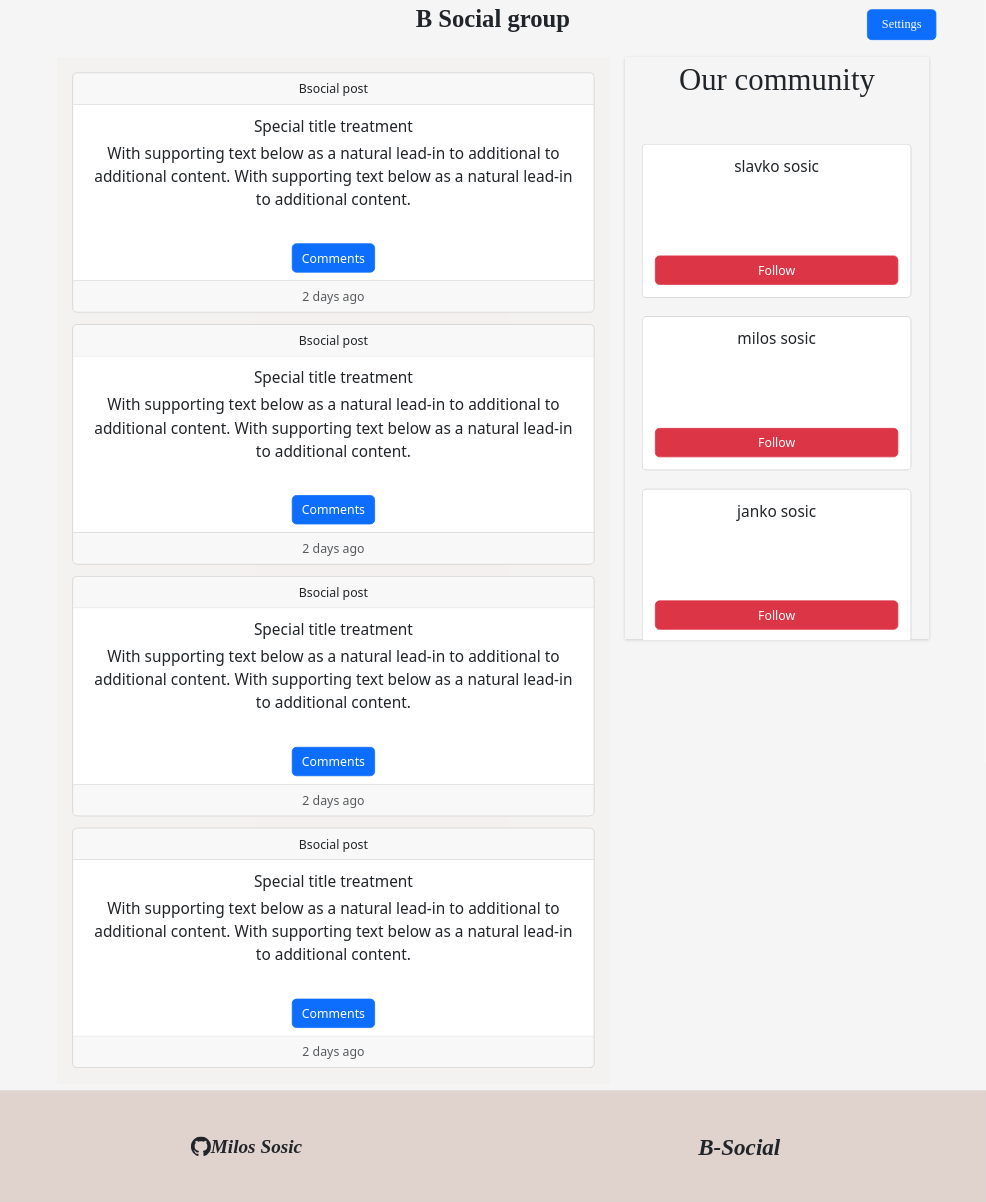
Repository: mcedo1/b-Social-app
Page: /main
These files come from the project's save history. The page is drawn as it stood at one moment and after a run of saves; the edit follows.
The browser window is 1280 px wide. The pictures show the whole page, at 77% of full size.
The project was rebuilt for these pictures with package versions that can differ from the ones it lists, and the page was loaded fresh each time. Also part of the build but not shown: src/components/log.reg.component/Login.js, src/components/log.reg.component/Registration.js, src/components/submain.component/Comment.js, src/components/about.us.component/NewFollowers.js, src/components/about.us.component/AboutUs.js.

Above is the page before, as saved 2024-02-03 15:57:49.

### src/index.js
import React from 'react';
import ReactDOM from 'react-dom/client';
import './index.css';
import App from './App';
import reportWebVitals from './reportWebVitals';
import {
  BrowserRouter as Router
} from "react-router-dom";
import 'bootstrap/dist/css/bootstrap.min.css';
import 'react-toastify/dist/ReactToastify.css';

const root = ReactDOM.createRoot(document.getElementById('root'));
root.render(
  <React.StrictMode>
    <Router>
      <App />
    </Router>
  </React.StrictMode>
);

// If you want to start measuring performance in your app, pass a function
// to log results (for example: reportWebVitals(console.log))
// or send to an analytics endpoint. Learn more: https://bit.ly/CRA-vitals
reportWebVitals();

### src/App.js
import './App.css';
import Footer from './components/footer.component/Footer';
import Login from './components/log.reg.component/Login';
import Registration from './components/log.reg.component/Registration';
import MainPage from './components/main.page.component/MainPage';
import WebSocket from 'websocket';
import { useEffect } from 'react';
import {
  Routes,
  Route,
} from "react-router-dom";
import AboutUsCommponent from './components/about.us.component/AboutUs';
import { ToastContainer } from 'react-toastify';


function App() {
//   useEffect(() => {
//     // Establish a WebSocket connection
//     const ws = new WebSocket('wss://localhost:8080');

//     // Set up event listeners
//     ws.onopen = () => {
//       console.log('WebSocket connection opened');
//     };

//     ws.onmessage = (event) => {
//       console.log('Received message:', event.data);
//       // Handle the incoming message
//     };

//     ws.onclose = () => {
//       console.log('WebSocket connection closed');
//     };

//     // Clean up the WebSocket connection when the component is unmounted
//     return () => {
//       ws.close();
//     };
//   }, []);


  return (
    <div className='App'>
      <div className="Main">
        <ToastContainer/>
        <Routes>
          <Route index path="/" element={<Login />} />
          <Route path="/reg" element={<Registration />} />
          <Route path="/main" element={<MainPage />} />
          <Route path='aboutUs' element={<AboutUsCommponent/>}/>
        </Routes>
      </div>
      <Footer/>
     </div>
  );
}

export default App;

### src/components/footer.component/Footer.js
import React from 'react'
import './Footer.css';

function Footer() {
  return (
      <div className='Footer'>
      <div className='Left'>
      <svg xmlns="http://www.w3.org/2000/svg" width="26" height="26" fill="currentColor" class="bi bi-github" viewBox="0 0 16 16">
  <path d="M8 0C3.58 0 0 3.58 0 8c0 3.54 2.29 6.53 5.47 7.59.4.07.55-.17.55-.38 0-.19-.01-.82-.01-1.49-2.01.37-2.53-.49-2.69-.94-.09-.23-.48-.94-.82-1.13-.28-.15-.68-.52-.01-.53.63-.01 1.08.58 1.23.82.72 1.21 1.87.87 2.33.66.07-.52.28-.87.51-1.07-1.78-.2-3.64-.89-3.64-3.95 0-.87.31-1.59.82-2.15-.08-.2-.36-1.02.08-2.12 0 0 .67-.21 2.2.82.64-.18 1.32-.27 2-.27s1.36.09 2 .27c1.53-1.04 2.2-.82 2.2-.82.44 1.1.16 1.92.08 2.12.51.56.82 1.27.82 2.15 0 3.07-1.87 3.75-3.65 3.95.29.25.54.73.54 1.48 0 1.07-.01 1.93-.01 2.2 0 .21.15.46.55.38A8.01 8.01 0 0 0 16 8c0-4.42-3.58-8-8-8"/>
</svg>
       <b> Milos Sosic</b>
      </div>
      <div className='Right'>
        <i>B-Social</i>
      </div>
    </div>
  )
}

export default Footer

### src/components/main.page.component/MainPage.js
import React, { useState, useEffect } from "react";
import "./MainPage.css";
import SideBar from "./sideBar";
import Submain from "../submain.component/Submain";
import { Button } from "react-bootstrap";

function MainPage() {
  const [showScrollTopButton, setShowScrollTopButton] = useState(false);

  useEffect(() => {
    const handleScroll = () => {
      const scrollY = window.scrollY;
      setShowScrollTopButton(scrollY > window.innerHeight);
    };

    window.addEventListener("scroll", handleScroll);

    return () => {
      window.removeEventListener("scroll", handleScroll);
    };
  }, []);

  const handleScrollTop = () => {
    // Scrollajte na vrh stranice
    window.scrollTo({ top: 0, behavior: "smooth" });
  };

  return (
    <div className="MainPage">
      <SideBar />
      <Submain />
      {showScrollTopButton && (
        <Button
          onClick={handleScrollTop}
          style={{ position: "fixed", bottom: "20px", right: "5px" }}
          className="btn btn-dark"
        >
          On top
        </Button>
      )}
    </div>
  );
}

export default MainPage;

### src/components/footer.component/Footer.css
.Footer {
  background-color: #e0d3ce;

  height: 20vh;
  display: flex;
  flex-direction: row;
  box-shadow: rgba(0, 0, 0, 0.02) 0px 1px 3px 0px,
    rgba(27, 31, 35, 0.15) 0px 0px 0px 1px;
}
.Left {
  flex: 1;
  display: flex;
  justify-content: center;
  align-items: center;
  font-size: 25px;
  font-family: "Times New Roman", Times, serif;
  font-style: italic;
}

.Left b:hover {
  cursor: pointer;
  font-size: 27px;
}

.Right {
  flex: 1;
  display: flex;
  justify-content: center;
  align-items: center;
  font-family: "Times New Roman", Times, serif;
  font-weight: 700;
  font-size: 30px;
}

.Right i:hover {
  cursor: pointer;
  font-size: 31px;
}

### src/components/log.reg.component/Login.css
.Login {
    flex: 1;
    display: flex;
    justify-content: center;
    align-items: center;
    background-color: #f3f3ef;
    box-shadow: rgba(0, 0, 0, 0.1) 0px 4px 12px;
    margin: 20px 0;
}

p:hover {
    cursor: default;
}

### src/API/Api.js
import axios from "axios";
import ApiConfig from "../config/apiconfig";

export default function api(path, body, method) {
     const requestDATA = {
          method: method,
          baseURL: ApiConfig.API_URL,
          url: path,
          data: body,
          headers: {
               "Content-Type": "application/json",
               Authorization: getToken(),
          },
     };

     return new Promise((resolve, reject) => {
          axios(requestDATA)
               .then((res) => responseHandler(res, resolve))
               .catch(async (error) => {
                    console.log(error.response.status, error.response.data)
                    if (error.response.status === 401) {
                         const response = {
                              status: "login Error",
                              data: error.response.data.message,
                         };

                         return resolve(response);
                    }

                    const response = {
                         status: "Conflict",
                         data: error.response.data.message,
                    };
                    resolve(response);
               });
     });
}

async function responseHandler(res, resolve) {

    if (res.status < 200 || res.status >= 300) {
          const response = {
               status: "service Error",
               data: res.data,
          };

          return resolve(response);
     }
     let response;
     if (res.data.errorStatus < 0)
          response = {
               status: "login Error",
               data: res.data,
          };
     else
          response = {
               status: "ok",
               data: res.data,
          };
     return resolve(response);
}

export function getToken() {
     const token = localStorage.getItem("api_token");
     return "Berer " + token;
}

export function saveToken(token) {
     localStorage.setItem("api_token", token);
}

export function saveIdentity(identity) {
     localStorage.setItem("api_identity", identity);
}

export function getIdentity() {
     return localStorage.getItem("api_identity");
}

export function delIdentity() {
     localStorage.removeItem('api_identity')
}
export function delToken() {
     localStorage.removeItem('api_token')
}

### src/components/main.page.component/MainPage.css
.MainPage {
    flex: 1;
    display: flex;
    flex-direction: column;
}


.Naslov {
    display: flex;
    justify-items: end;
    font-size: xx-large;
    font-weight: bolder;

    font-family: 'Lucida Sans', 'Lucida Sans Regular', 'Lucida Grande', 'Lucida Sans Unicode', Geneva, Verdana, sans-serif;
}
.Setting-button {
    flex: 1;
    display: flex;
    justify-content: end;
    align-items: center;
}

### src/components/main.page.component/sideBar.js
import React, { useState } from "react";
import Offcanvas from "react-bootstrap/Offcanvas";
import Button from "react-bootstrap/Button";
import { Link } from "react-router-dom";
import { useNavigate } from "react-router-dom";
import { delIdentity, delToken } from "../../API/Api";

function SideBar() {
     const [show, setShow] = useState(false);
     const navigate = useNavigate();
     const handleClose = () => setShow(false);
     const handleShow = () => setShow(true);

     const handleLogOut = () => {
          delIdentity()
          delToken()
          navigate("/");
     };

     return (
          <>
               <div className="Naslov">
                    <div style={{ flex: "1" }}></div>
                    <div>
                         <p style={{ fontFamily: "cursive" }}>B Social group</p>
                    </div>
                    <div className="Setting-button">
                         <Button
                              style={{
                                   width: "90px",
                                   height: "40px",
                                   fontFamily: "cursive",
                              }}
                              variant="primary"
                              onClick={handleShow}>
                              Settings
                         </Button>
                    </div>
                    <hr />
               </div>

               <Offcanvas show={show} onHide={handleClose}>
                    <Offcanvas.Header closeButton>
                         <Offcanvas.Title
                              style={{
                                   fontFamily: "cursive",
                                   fontSize: "35px",
                              }}>
                              B-social routes
                         </Offcanvas.Title>
                    </Offcanvas.Header>
                    <hr />
                    <Offcanvas.Body
                         style={{
                              display: "flex",
                              flexDirection: "column",
                              justifyContent: "space-between",
                         }}>
                         <div>
                              <p>
                                   <Link
                                        to={"/main"}
                                        style={{
                                             textDecoration: "none",
                                             fontFamily: "cursive",
                                             fontSize: "23px",
                                        }}>
                                        Main Panel
                                   </Link>
                              </p>
                              <p>
                                   <Link
                                        to={"/aboutUs"}
                                        style={{
                                             textDecoration: "none",
                                             fontFamily: "cursive",
                                             fontSize: "20px",
                                        }}>
                                        About Us!
                                   </Link>
                              </p>
                         </div>
                         <Button
                              style={{
                                   alignSelf: "end",
                                   fontFamily: "cursive",
                              }}
                              variant="danger"
                              onClick={handleLogOut}>
                              Sign Out!
                         </Button>
                    </Offcanvas.Body>
               </Offcanvas>
          </>
     );
}

export default SideBar;

### src/components/submain.component/Submain.js
import React, { useState } from "react";
import "../submain.component/Submain.css";
import Post from "./Post";
import FollowerComponent from "./FollowerComponet";
function Submain() {

  const [post, setPost] = useState({
    postId: '',
    content: "Restauracija starih spomenika",
    userId: 7,
    timestamp: "2024-01-29T17:20:55.000Z",
    username: 'stefo'
  })
  const [posts, setPosts] = useState([post, post, post])

  return (
    <div className="Submain">
      <div className="Posts">
        {posts.map((p, index)=> <Post/>)}
        <Post />
      </div>
      <div className="Followers">
        <p style={{fontFamily:'cursive', fontSize:'40px', flex:'1px', display:'flex', justifyContent:'center'}}>Our community</p>
        <FollowerComponent/>
      </div>
    </div>
  );
}

export default Submain;

### src/config/apiconfig.js

const ApiConfig = {
    API_URL: 'http://localhost:3001',
}

export default ApiConfig;

### src/components/submain.component/Submain.css
.Submain {
  flex: 1;
  display: flex;
  flex-direction: row;
}

.Posts {
  flex: 3;
  margin: 10px;
  padding: 5px;
  background-color: rgba(237, 217, 217, 0.16);
}
.Followers {
  box-shadow: rgba(0, 0, 0, 0.16) 0px 1px 4px;
  margin: 10px;
  padding: 0px 5px;
  max-height: 105vh;

}

### src/components/submain.component/Post.js
import React from "react";
import MyModal from "./Modal";

function Post({postId, content, userId, timestamp, username}) {
  return (
    <div style={{ margin: "15px " }}>
      <div class="card text-center">
        <div class="card-header">Bsocial post</div>
        <div class="card-body" style={{ minHeight: "150px" }}>
          <h5 class="card-title">Special title treatment</h5>
          <p class="card-text" className="lead">
            With supporting text below as a natural lead-in to additional to
            additional content. With supporting text below as a natural lead-in
            to additional content.
          </p>
        </div>
        <MyModal />
        <div class="card-footer text-muted">2 days ago</div>
      </div>
    </div>
  );
}

export default Post;

### src/components/submain.component/FollowerComponet.js
import React from "react";
import "bootstrap/dist/css/bootstrap.min.css";

const FollowerCard = ({ firstName, lastName, userid }) => {
    return (
        <div className="col-md-4 mb-4">
            <div className="card" style={{ width: "350px", height: "200px", margin:'5px' }}>
                <div className="card-body d-flex flex-column justify-content-between">
                    <h5 className="card-title d-flex justify-content-center">{`${firstName} ${lastName}`}</h5>
                    <button className="btn btn-danger">Follow</button>
                </div>
            </div>
        </div>
    );
};

const FollowerComponent = () => {

    let lista = [
        {firstName: 'slavko', lastName:'sosic', userid:'123'},
        {firstName: 'milos', lastName:'sosic', userid:'123'},
        {firstName: 'janko', lastName:'sosic', userid:'123'},
        {firstName: 'marko', lastName:'sosic', userid:'123'},
        {firstName: 'milutin', lastName:'sosic', userid:'323'},
        {firstName: 'jovan', lastName:'sosic', userid:'323'},
        {firstName: 'david', lastName:'sosic', userid:'323'},
        {firstName: 'ratko', lastName:'sosic', userid:'323'},
        {firstName: 'slobaodan', lastName:'sosic', userid:'135'},
    ]
    return (
        <div className="container mt-5">
            <div
                className="column"
                style={{
                    overflowY: "auto",
                    maxHeight: "90vh",
                    overflowX: "hidden",
                }}>
                                {lista.map((follower, index)=> {
                return <FollowerCard firstName={follower.firstName} lastName={follower.lastName} userid={follower.userid}/>
            })}
            </div>
        </div>
    );
};
export default FollowerComponent;

### src/components/submain.component/Modal.js
import React, { useState } from "react";
import { Button, Form, Modal } from "react-bootstrap";
import "bootstrap/dist/css/bootstrap.min.css";
import Comment from "./Comment";

const MyModal = () => {
  const [showModal, setShowModal] = useState(false);

  const handleModalOpen = () => setShowModal(true);
  const handleModalClose = () => setShowModal(false);

  return (
    <div>
      <Button
        variant="primary"
        onClick={handleModalOpen}
        style={{ margin: "10px 0" }}
      >
        Comments
      </Button>

      <Modal show={showModal} onHide={handleModalClose} size="lg">
        <Modal.Header closeButton>
          <Modal.Title>Primjer modala</Modal.Title>
        </Modal.Header>
        <Modal.Body style={{ display: "flex", flexDirection: "column" }}>
          <Form>
            <div class="form-group">
              <label for="exampleFormControlTextarea1">
                Comment this post!
              </label>
              <textarea
                class="form-control"
                id="exampleFormControlTextarea1"
                rows="3"
                style={{ maxHeight: "150px" }}
              ></textarea>
            </div>

            <Button
              variant="primary"
              type="submit"
              style={{ margin: "10px 0" }}
            >
              Pošalji
            </Button>
          </Form>
          <Comment username={"Milos Sosic"} date={"23-02-2024"} />
          <Comment username={"Milos Sosic"} date={"23-02-2024"} />
          <Comment username={"Milos Sosic"} date={"23-02-2024"} />
          <Comment username={"Milos Sosic"} date={"23-02-2024"} />
        </Modal.Body>
        <Modal.Footer>
          <Button variant="secondary" onClick={handleModalClose}>
            Zatvori
          </Button>
        </Modal.Footer>
      </Modal>
    </div>
  );
};

export default MyModal;

Loaded but not shown: public/index.html (common file); src/index.css (common file); src/reportWebVitals.js (common file); src/App.css (common file)

After the next 3 saves:
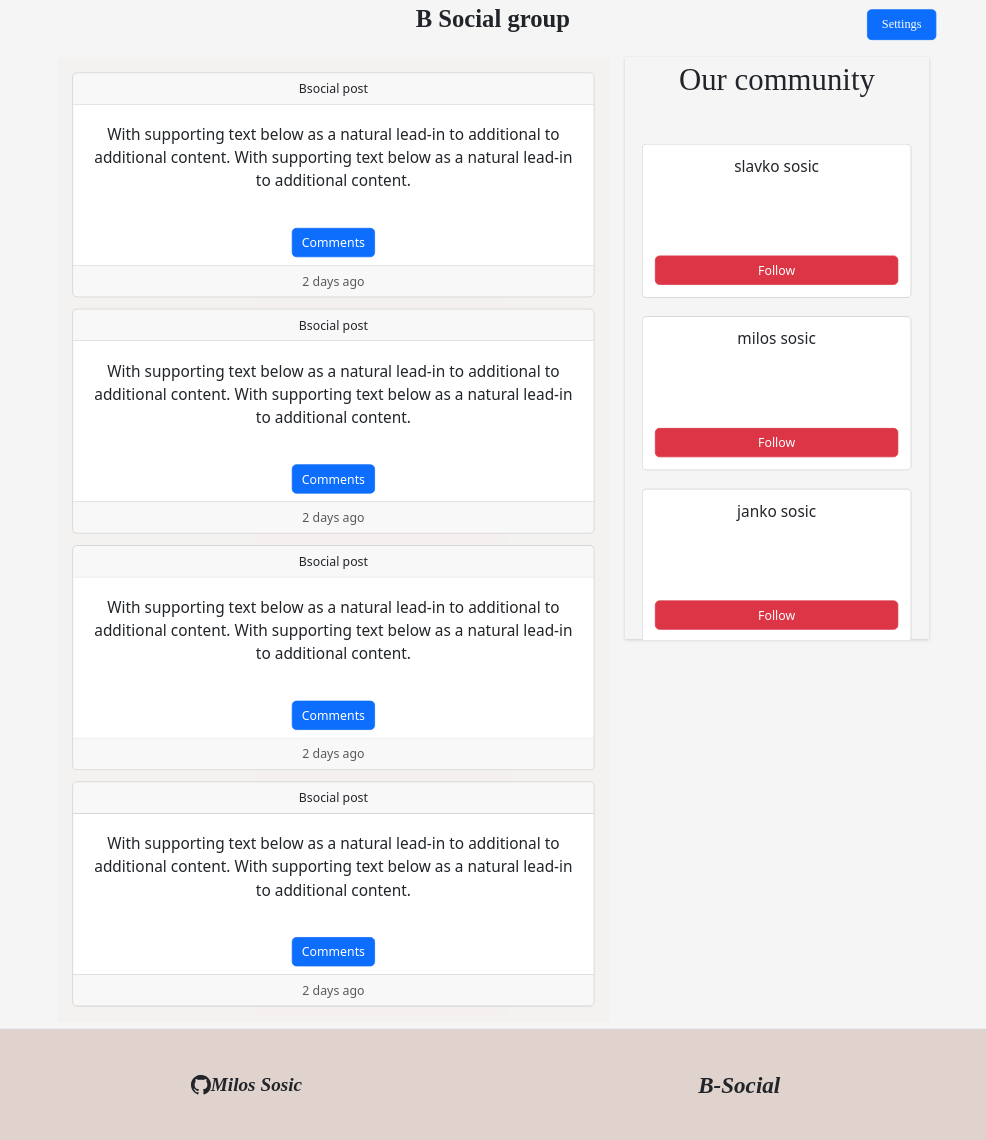
The 3 saves are shown as one change because 1 did not build or start and some came seconds apart.
The last was saved 24 s later.
--- a/src/components/submain.component/Post.js
+++ b/src/components/submain.component/Post.js
@@ -7,7 +7,7 @@ function Post({postId, content, userId, timestamp, username}) {
       <div class="card text-center">
         <div class="card-header">Bsocial post</div>
         <div class="card-body" style={{ minHeight: "150px" }}>
-          <h5 class="card-title">Special title treatment</h5>
+          <h5 class="card-title">{}</h5>
           <p class="card-text" className="lead">
             With supporting text below as a natural lead-in to additional to
             additional content. With supporting text below as a natural lead-in
